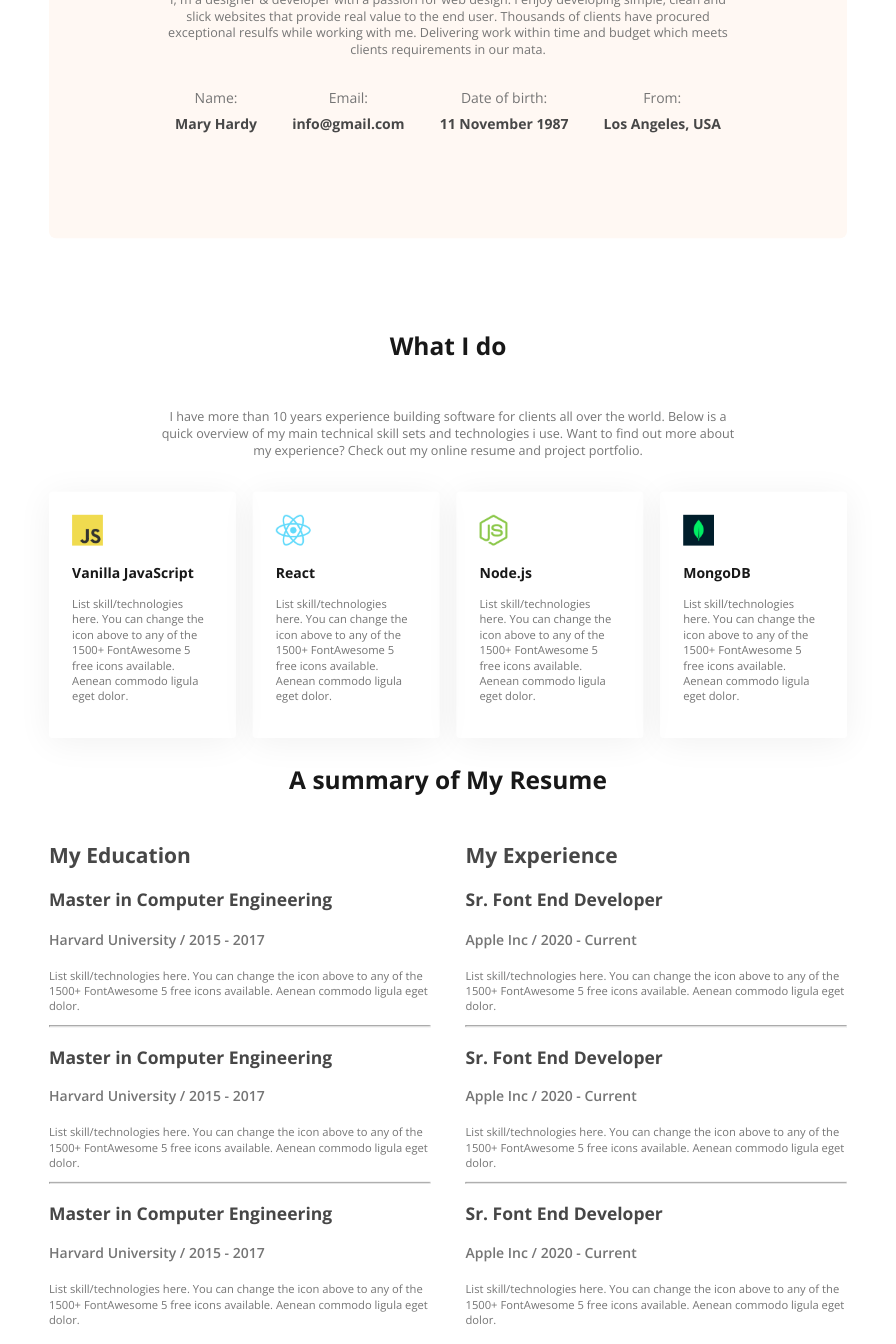
Repository: ShouravAhammed/Simple-Portfolio-Webpage
Page: index.html
The author's editor kept a copy of each file at every save. The page is drawn from the files as they stood at one save, then again after the next save.
The browser window is 1280 px wide. The pictures show the part of the page from y = 1159 to 3079 px (the page is 3079 px tall before and 3054 px after), at 70% of full size.

Above is the page before, as saved 2024-01-06 03:11:45.

### index.html
<!DOCTYPE html>
<html lang="en">
<head>
    <meta charset="UTF-8">
    <meta name="viewport" content="width=device-width, initial-scale=1.0">
    <title>Mary</title>
    <link rel="stylesheet" href="index.css">
</head>
<body>
    <header class="header">
        <nav>
            <h3 class="nav-title">Ma<span class="text-primary">r</span>y</h3>
            <ul class="navber">
                <li><a href="">Portfolio</a></li>
                <li><a href="">Blog</a></li>
                <li><button class="btn-primary">Hire Me</button></li>
            </ul>
        </nav>
        <div class="banner">
            <div class="banner-content">
                <h3 class="banner-greeting">Hi, I  am</h3>
                <h1 class="banner-title">Mary Hardy</h1>
                <p class="banner-description">Shot what able cold new see hold.Friendly as an betrayed formerly he. Morning because as to society behaved moments.</p>
                <button class="btn-primary">Download</button>
                <button class="btn-primary">Contact</button>
            </div>
            <img class="profile-pic" src="images/hardy.png" alt="profile-pic">
        </div>
    </header>
    <main>
        <section class="about">
            <h3 class="section-title">About Me</h3>
            <p class="section-description">I, m a designer & developer with a passion for web design. I enjoy developing simple, clean and slick websites that provide real value to the end user. Thousands of clients have procured exceptional resulfs while working with me. Delivering work within time and budget which meets clients requirements in our mata.</p>
            <div class="about-info-container">
                <div class="about-info">
                    <h4 class="info-title">Name:</h4>
                    <p class="info-description">Mary Hardy</p>
                </div>
                <div class="about-info">
                    <h4 class="info-title">Email:</h4>
                    <p class="info-description">info@gmail.com</p>
                </div>
                <div class="about-info">
                    <h4 class="info-title">Date of birth:</h4>
                    <p class="info-description">11 November 1987</p>
                </div>
                <div class="about-info">
                    <h4 class="info-title">From:</h4>
                    <p class="info-description">Los Angeles, USA</p>
                </div>
            </div>
        </section>
        <!-- what i do section  -->
        <section>
            <h3 class="section-title">What I do</h3>
            <p id="what-i-do-description" class="section-description">I have more than 10 years experience building software for clients all over the world. Below is a quick overview of my main technical skill sets and technologies i use. Want to find out more about my experience? Check out my online resume and project portfolio.</p>
            <div class="skills-container">
                <div class="skills">
                    <img src="images/icons/js.png" alt="">
                    <h3 class="skills-title">Vanilla JavaScript</h3>
                    <p class="skills-description">List skill/technologies here. You can change the icon above to any of the 1500+ FontAwesome 5 free icons available. Aenean commodo ligula eget dolor.</p>
                </div>
                <div class="skills">
                    <img src="images/icons/react.png" alt="">
                    <h3 class="skills-title">React</h3>
                    <p class="skills-description">List skill/technologies here. You can change the icon above to any of the 1500+ FontAwesome 5 free icons available. Aenean commodo ligula eget dolor.</p>
                </div>
                <div class="skills">
                    <img src="images/icons/nodejs.png" alt="">
                    <h3 class="skills-title">Node.js</h3>
                    <p class="skills-description">List skill/technologies here. You can change the icon above to any of the 1500+ FontAwesome 5 free icons available. Aenean commodo ligula eget dolor.</p>
                </div>
                <div class="skills">
                    <img src="images/icons/mongo.png" alt="">
                    <h3 class="skills-title">MongoDB</h3>
                    <p class="skills-description">List skill/technologies here. You can change the icon above to any of the 1500+ FontAwesome 5 free icons available. Aenean commodo ligula eget dolor.</p>
                </div>
            </div>
        </section>
        <!-- Resume section -->
        <section>
            <h3 class="section-title">A summary of My Resume</h3>
            <div class="resume-container">
                <div class="resume-colum">
                    <h3 class="resume-column-title">My Education</h3>
                    <div class="resume-item">
                        <h3 class="resume-item-title">Master in Computer Engineering</h3>
                        <h4 class="resume-item-institute">Harvard University / 2015 - 2017</h4>
                        <p class="resume-item-description">List skill/technologies here. You can change the icon above
                            to any of the 1500+ FontAwesome 5 free icons available. Aenean commodo ligula eget dolor.</p>
                    </div>
                    <hr>
                    <div class="resume-item">
                        <h3 class="resume-item-title">Master in Computer Engineering</h3>
                        <h4 class="resume-item-institute">Harvard University / 2015 - 2017</h4>
                        <p class="resume-item-description">List skill/technologies here. You can change the icon above
                            to any of the 1500+ FontAwesome 5 free icons available. Aenean commodo ligula eget dolor.</p>
                    </div>
                    <hr>
                    <div class="resume-item">
                        <h3 class="resume-item-title">Master in Computer Engineering</h3>
                        <h4 class="resume-item-institute">Harvard University / 2015 - 2017</h4>
                        <p class="resume-item-description">List skill/technologies here. You can change the icon above
                            to any of the 1500+ FontAwesome 5 free icons available. Aenean commodo ligula eget dolor.</p>
                    </div>
                </div>
                <div class="resume-colum">
                    <h3 class="resume-column-title">My Experience</h3>
                    <div class="resume-item">
                        <h3 class="resume-item-title">Sr. Font End Developer</h3>
                        <h4 class="resume-item-institute">Apple Inc / 2020 - Current</h4>
                        <p class="resume-item-description">List skill/technologies here. You can change the icon above
                            to any of the 1500+ FontAwesome 5 free icons available. Aenean commodo ligula eget dolor.</p>
                    </div>
                    <hr>
                    <div class="resume-item">
                        <h3 class="resume-item-title">Sr. Font End Developer</h3>
                        <h4 class="resume-item-institute">Apple Inc / 2020 - Current</h4>
                        <p class="resume-item-description">List skill/technologies here. You can change the icon above
                            to any of the 1500+ FontAwesome 5 free icons available. Aenean commodo ligula eget dolor.</p>
                    </div>
                    <hr>
                    <div class="resume-item">
                        <h3 class="resume-item-title">Sr. Font End Developer</h3>
                        <h4 class="resume-item-institute">Apple Inc / 2020 - Current</h4>
                        <p class="resume-item-description">List skill/technologies here. You can change the icon above
                            to any of the 1500+ FontAwesome 5 free icons available. Aenean commodo ligula eget dolor.</p>
                    </div>
                </div>
            </div>
        </section>

    </main>
    <footer>

    </footer>
</body>
</html>

### index.css
@import url('https://fonts.googleapis.com/css2?family=Lato:ital,wght@0,100;0,300;0,400;0,700;0,900;1,100;1,300;1,400;1,700;1,900&display=swap');
@import url('https://fonts.googleapis.com/css2?family=Open+Sans:ital,wght@0,300;0,400;0,500;0,600;0,700;0,800;1,300;1,400;1,500;1,600;1,700;1,800&display=swap');
/* google fonts import */
/* *{
    margin: 0;
    padding: 0;
    outline: 0;
} */
ul, ol{
    list-style: none;
}
body{
    font-family: 'Open Sans', sans-serif;
}
hr{
    background: #D1D1D1;
    height: 1px;
}
.text-primary{
    color: #FD6E0A;
}
.btn-primary{
    border-radius: 5px;
    color: #fff;
    background: #FD6E0A;
    font-size: 20px;
    font-weight: 700;
    padding: 18px 35px;
    border: 0;
}

/* nav related style */
nav{
    display: flex;
    justify-content: space-between;
    align-items: center;
    margin: 0 200px;
}
.nav-title{
    color: #181818;
    font-size: 45px;
    font-weight: 800;
}
nav > ul{
    display: flex;
    align-items: center;
}
nav li{
    margin-right: 50px;
}
nav a{
    text-decoration: none;
    color: #474747;
}
/* header related style */
.header{
    background: #FFF8F3;
    background-image: url(images/header_bg.png);
    background-position: bottom right;
    background-repeat: no-repeat;
}
.banner{
    display: flex;
    justify-content: space-between;
    padding: 30px 30px 0px 150px;
    align-items: center;
}
.banner-content{
    max-width: 580px;
}
.banner .profile-pic{
    width: 500px;
}
.banner-greeting{
    color: #474747;
    font-size: 45px;
    margin-bottom: 0;
}
.banner-title{
    color: #181818;
    font-size: 85px;
    font-weight: 700;
    margin-top: 5px;
    margin-bottom: 20px;
}
.banner-description{
    color: #575757;
    font-size: 18px;
    font-weight: 400;
    margin-bottom: 20px;
}
/* main part style */
main{
    max-width: 1140px;
    margin: 0 auto;
}
/* about part style */
.about{
    border-radius: 10px;
    background: #FFF8F3;
    margin: 130px 0px;
    padding: 130px 155px;
}
.section-title{
    color: #181818;
    text-align: center;
    font-size: 35px;
    font-weight: 700;
}
.section-description{
    color: #757575;
    text-align: center;
    font-size: 18px;
    font-weight: 400;
}
.about-info-container{
    display: flex;
    justify-content: space-around;
}
.about-info{
    text-align: center;
}
.info-title{
    color:  #757575;
    text-align: center;
    font-size: 20px;
    font-weight: 400;
    margin-bottom: 0px;
}
.info-description{
    color:#474747;
    font-size: 20px;
    font-weight: 700;
    margin-top: 10px;
}
#what-i-do-description{
    padding: 30px 150px;
}
/* what i do section style */
.skills-container{
    display: flex;
    gap: 24px;
}
.skills{
    border-radius: 5px;
    box-shadow: 0px 6px 50px 0px rgba(0, 0, 0, 0.06);
    padding: 33px
}
.skills-title{
    color: #181818;
    font-size: 20px;
    font-weight: 700;
}
.skills-description{
    color:#757575;
    font-size: 16px;
    font-weight: 400;
}
/* Resume sectionpart start */
.resume-container{
    display: flex;
    gap: 50px;
}
.resume-column-title{
    color:#474747;
    font-size: 30px;
    font-weight: 700;
    margin-bottom: 0px;
}
.resume-item-title{
    color: #474747;
    font-size: 25px;
    font-weight: 700;
}
.resume-item-institute{
    color: #757575;
    font-size: 20px;
    font-weight: 600;
}
.resume-item-description{
    color: #757575;
    font-size: 16px;
    font-weight: 400;
}

After the next save:
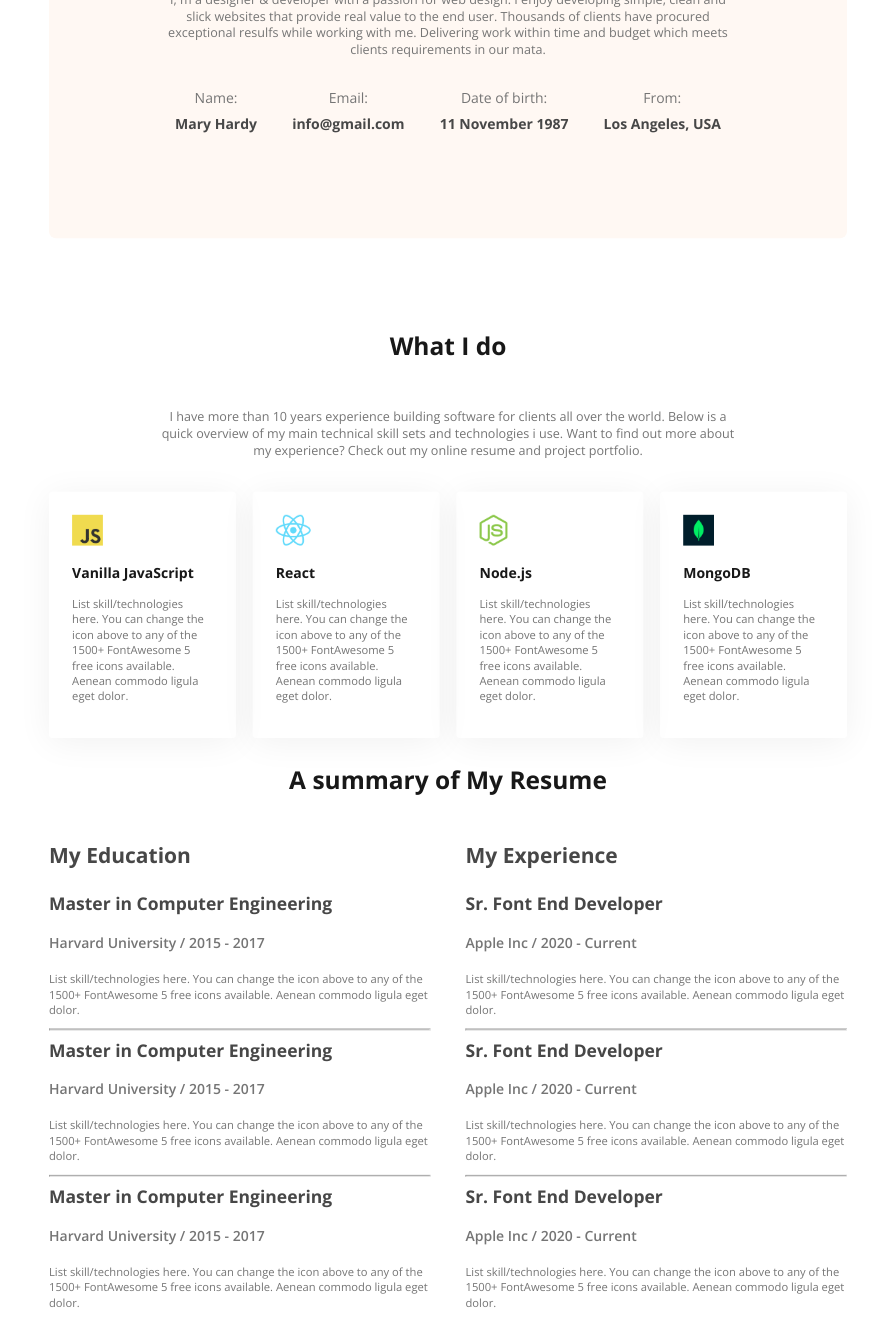
Saved 14 s later.
--- a/index.css
+++ b/index.css
@@ -165,12 +165,12 @@ main{
     color:#474747;
     font-size: 30px;
     font-weight: 700;
-    margin-bottom: 0px;
 }
 .resume-item-title{
     color: #474747;
     font-size: 25px;
     font-weight: 700;
+    margin-top: 10px;
 }
 .resume-item-institute{
     color: #757575;
